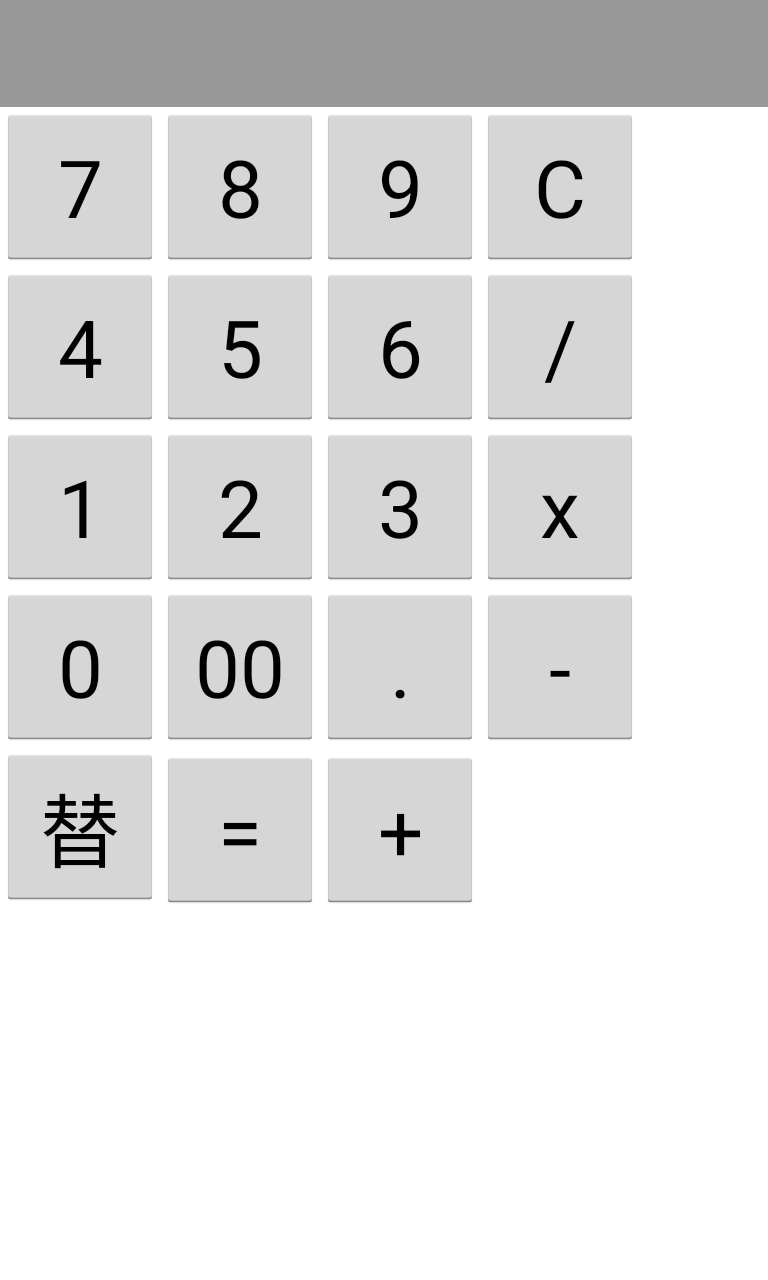
Repository: hirokuni/workspace_calc
Layout: Calculator/res/layout/activity_main.xml
The author's editor kept a copy of each file at every save. The layout is drawn from the files as they stood at one save, then again after the next save.
It is drawn on a 768 x 1280 px phone screen (xhdpi) without system bars, with theme AppTheme; the app's code is not run.

Above is the layout before, as saved 2014-01-27 13:00:50.

After the next save:
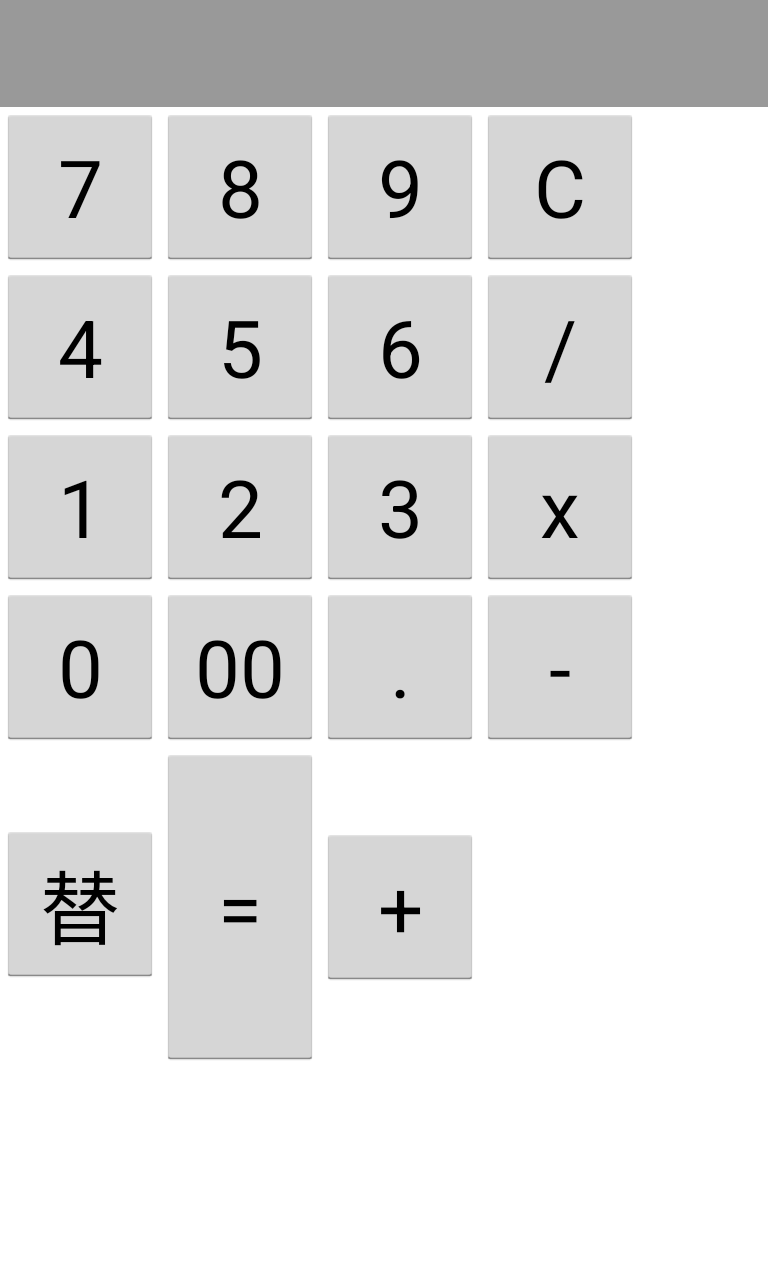
Saved 15 s later.
--- a/Calculator/res/layout/activity_main.xml
+++ b/Calculator/res/layout/activity_main.xml
@@ -172,7 +172,7 @@
         <Button
             android:id="@+id/buttonEqual"
             android:layout_width="80dip"
-            android:layout_height="80dip"
+            android:layout_height="160dip"
             android:text="="
             android:textSize="40dip" />
 

After the save that followed:
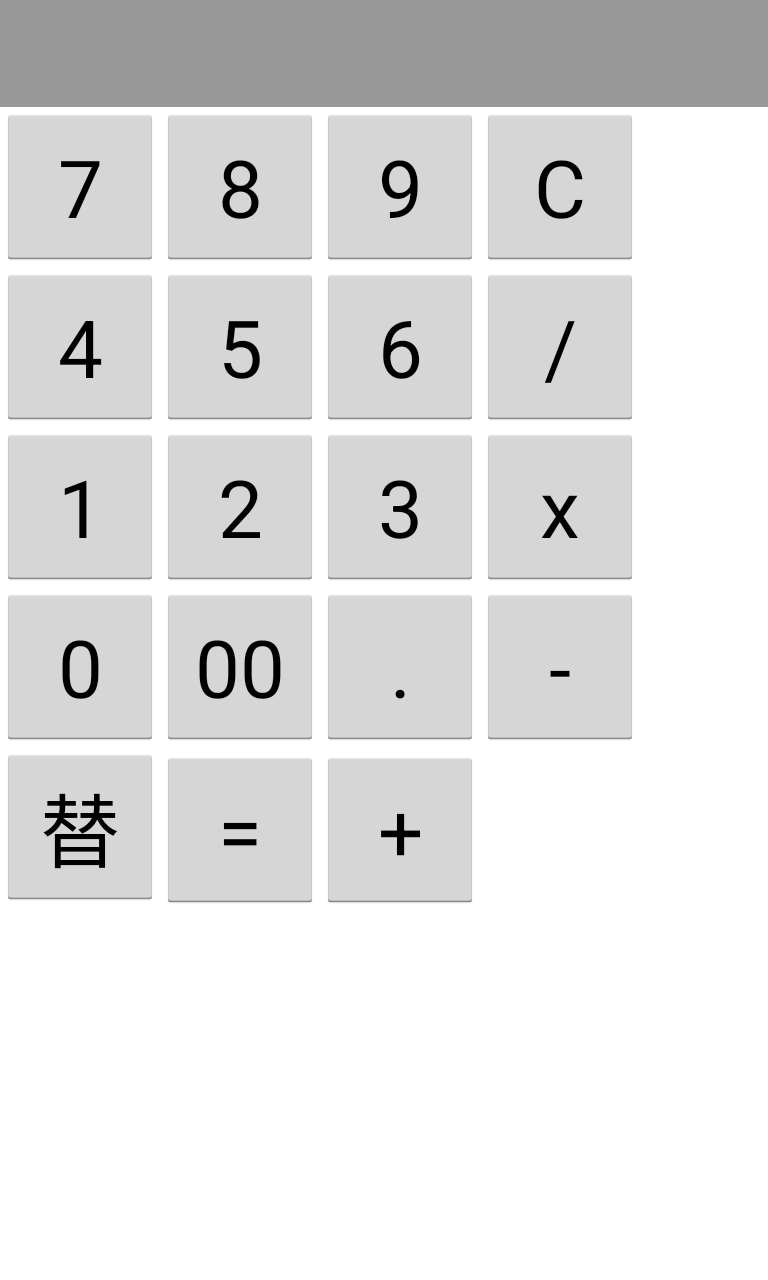
Saved 12 s later.
--- a/Calculator/res/layout/activity_main.xml
+++ b/Calculator/res/layout/activity_main.xml
@@ -172,7 +172,7 @@
         <Button
             android:id="@+id/buttonEqual"
             android:layout_width="80dip"
-            android:layout_height="160dip"
+            android:layout_height="80dip"
             android:text="="
             android:textSize="40dip" />
 
